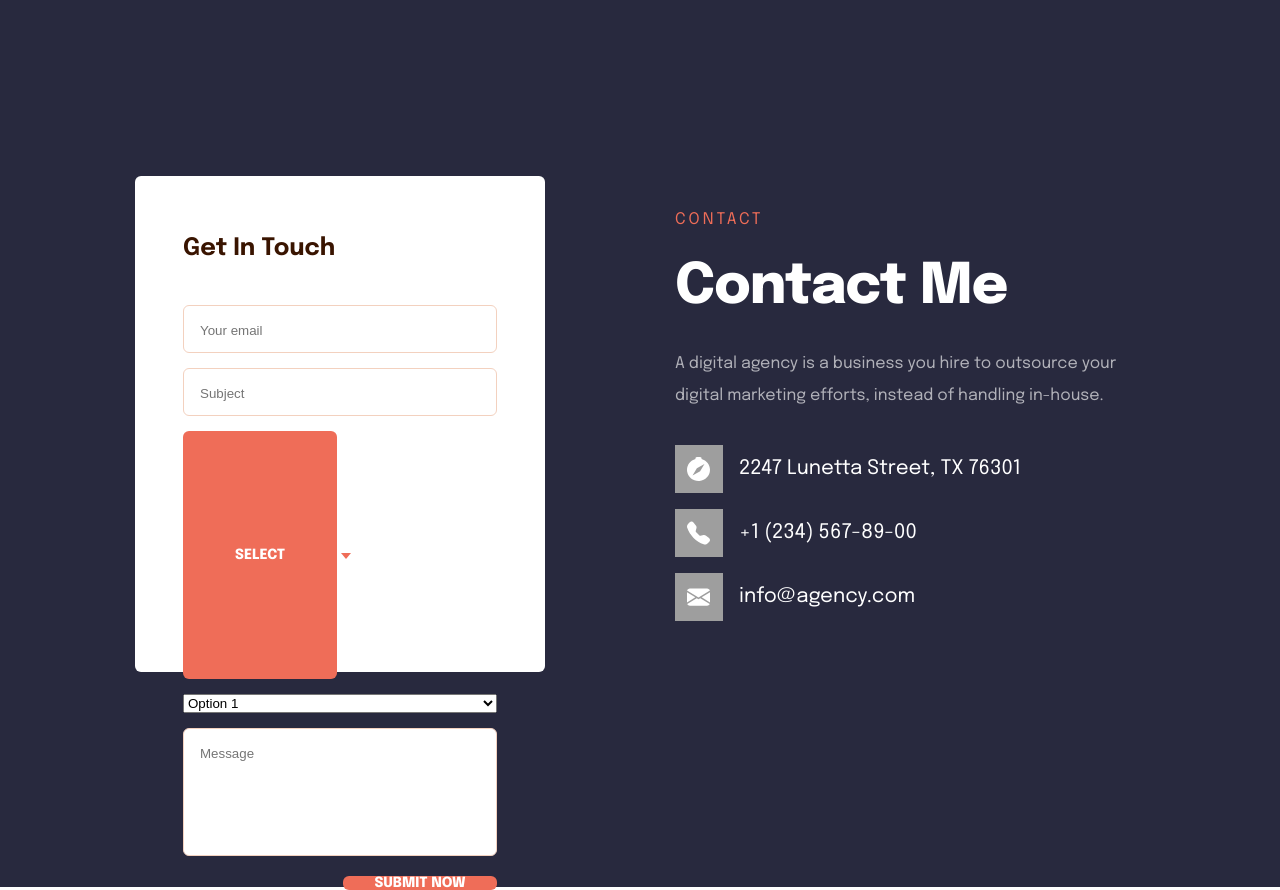
Repository: NatiqSamiyev/form-task-2
Page: index.html
An editor plug-in stored every save of this project. The page is shown before and after the next save, followed by the edit.
The browser window is 1280 px wide. The pictures show the whole page.
Pictures or frames that could not be fetched are drawn as grey boxes. Some web fonts or font styles are not loaded; a fallback is used.

Above is the page before, as saved 2023-10-26 11:40:22.

After the next save:
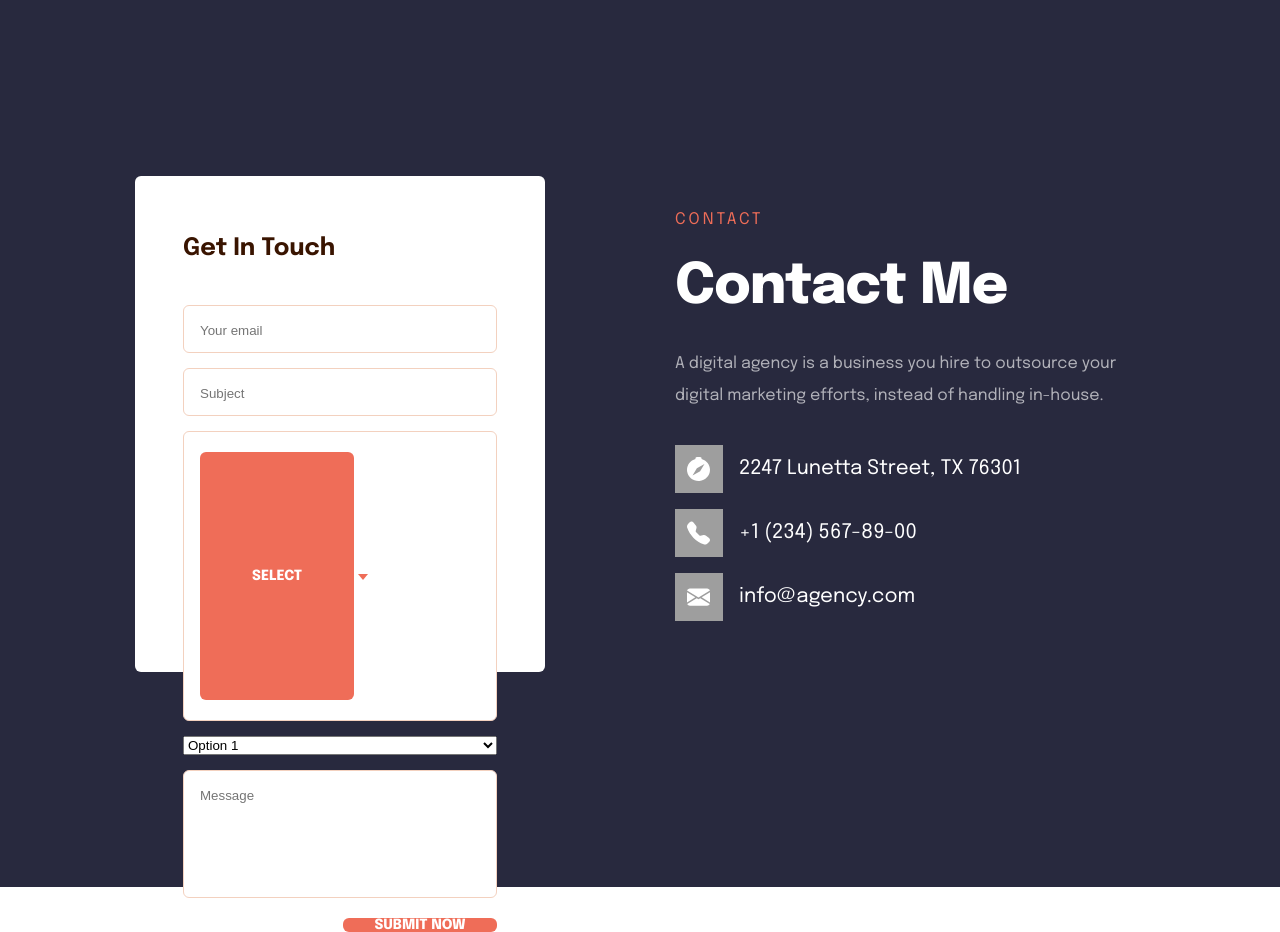
Saved 6 s later.
--- a/index.css
+++ b/index.css
@@ -159,7 +159,7 @@ ul li:last-child {
   margin-top: 16px;
 }
 
-.select{
+.select-box{
   padding: 20px 16px;
   border-radius: 6px;
 border: 1px solid #F3D1BF;
